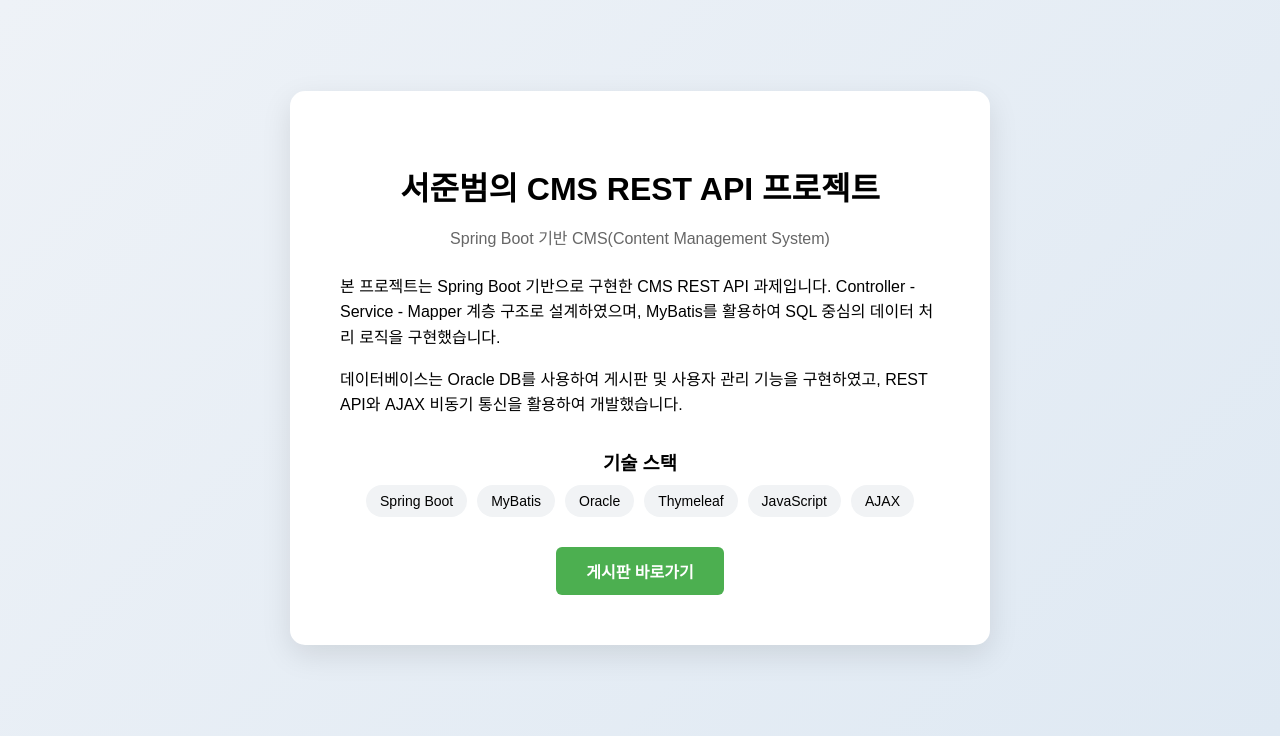
Repository: JunBeomSeo/CMS
Page: http://localhost/index
An editor plug-in stored every save of this project. The page is shown before and after the next save, followed by the edit.
The browser window is 1280 px wide. The pictures show the whole page.
The page is this project's Thymeleaf template; nobody is signed in. The template is opened directly, without the code that normally fills it, so the values that code supplies are empty.

Above is the page before, as saved 2026-03-27 16:39:09.

After the next save:
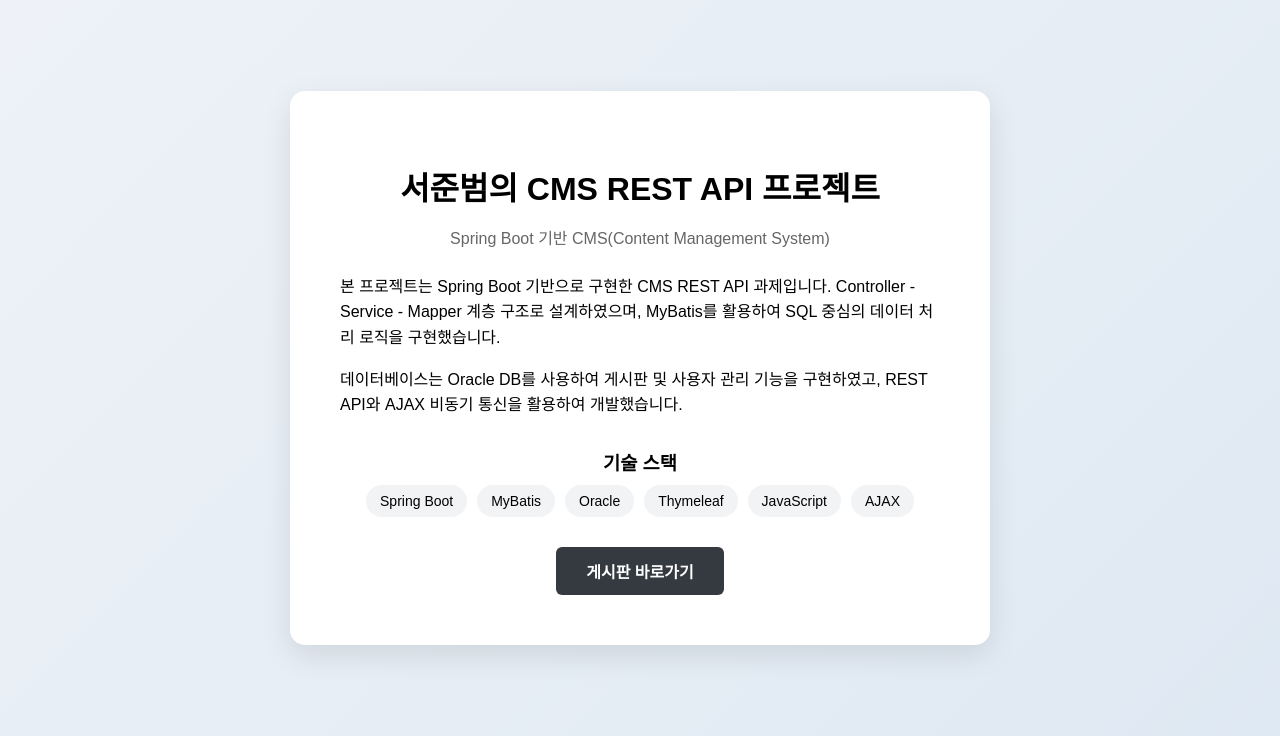
Saved 51 s later.
--- a/cms/src/main/resources/static/css/index.css
+++ b/cms/src/main/resources/static/css/index.css
@@ -57,7 +57,7 @@ h1 {
     display: inline-block;
     margin-top: 30px;
     padding: 12px 30px;
-    background-color: #4CAF50;
+    background-color: #343A40;
     color: white;
     text-decoration: none;
     border-radius: 6px;
